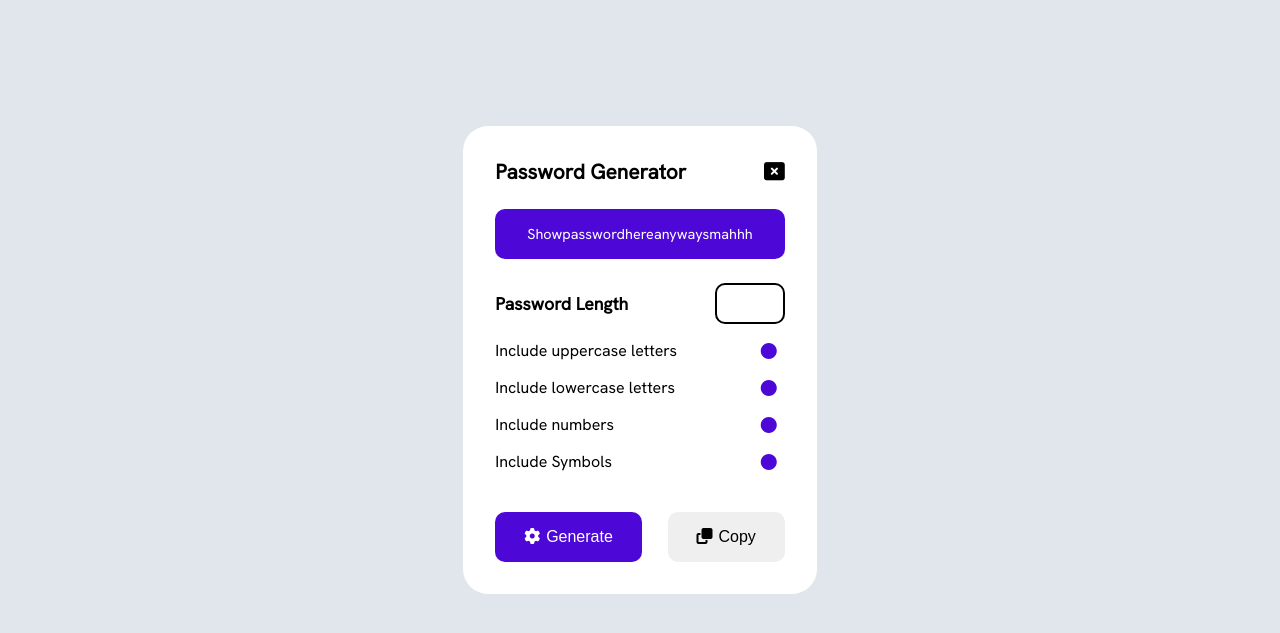
Repository: emiliaiwu/password_generator
Page: index.html
The author's editor kept a copy of each file at every save. The page is drawn from the files as they stood at one save, then again after the next save.
The browser window is 1280 px wide. The pictures show the whole page.
Some web libraries are served in a nearby version.

Above is the page before, as saved 2022-12-14 05:02:44.

### index.html
<!DOCTYPE html>
<html lang="en">
<head>
    <meta charset="UTF-8">
    <meta http-equiv="X-UA-Compatible" content="IE=edge">
    <meta name="viewport" content="width=device-width, initial-scale=1.0">
    <link rel="stylesheet" href="style.css">
    <script src="https://kit.fontawesome.com/fd9c36575f.js" crossorigin="anonymous"></script>
    <title>Password Generator</title>
</head>
<body>
    <div class="container">
        <div class="title">
            <h2>Password Generator</h2>
            <i class="fa-solid fa-rectangle-xmark"></i>
        </div>

        <div class="display_password">
            <p>Showpasswordhereanywaysmahhh</p>
        </div>

        <div class="password_attributes">
            <div class="password_length">
                <h3>Password Length</h3>
                <input type="text">
            </div>

            <div class="password_includes">
                <ul>
                    <li class="list">
                        <label for="uppercase" id="uppercase_letters">Include uppercase letters
                            <i class="fa-solid fa-circle"></i>
                            <i class="fa-solid fa-circle-check"></i>
                            <input type="checkbox" name="uppercase" id="uppercase" class="uppercase">
                        </label>
                    </li>
                    <li class="list">
                        <label for="lowercase" id="lowercase_letters">Include lowercase letters
                            <i class="fa-solid fa-circle"></i>
                            <i class="fa-solid fa-circle-check"></i>
                            <input type="checkbox" name="lowercase" id="lowercase" class="lowercase">
                        </label>
                    </li>
                    <li class="list">
                        <label for="numbers" id="include_numbers">Include numbers
                            <i class="fa-solid fa-circle"></i>
                            <i class="fa-solid fa-circle-check"></i>
                            <input type="checkbox" name="numbers" id="numbers" class="numbers">
                        </label>

                    </li>
                    <li class="list">
                        <label for="symbols" id="include_symbols">Include Symbols
                            <i class="fa-solid fa-circle"></i>
                            <i class="fa-solid fa-circle-check"></i>
                            <input type="checkbox" name="symbols" id="symbols" class="symbols">
                        </label>

                    </li>
                </ul>
            </div>
        </div>

        <div class="cta">
            <button class="btn generate"><i class="fa-solid fa-gear"></i>Generate</button>
            <button class="btn copy"><i class="fa-solid fa-clone"></i>Copy</button>
        </div>
    </div>
</body>
</html>

### style.css
@import url('https://fonts.googleapis.com/css2?family=Hanken+Grotesk:wght@300;400&display=swap');


* {
    margin: 0;
    padding: 0;
    box-sizing: border-box;
    list-style-type: none;
}


:root {
    --BG-COLOR: #fff;
    --BG-COLOR2:
}


body {
    width: 100vw;
    height: 100vh;
    font-family: 'Hanken Grotesk', sans-serif;
    display: flex;
    align-items: center;
    justify-content: center;
    color: #000;
    background-color: rgb(224, 230, 236);
}

.container {
    background-color: var(--BG-COLOR);
    display: flex;
    flex-direction: column;
    align-items: left;
    justify-content: space-between;
    gap: 1.5rem;
    padding: 2rem;
    border-radius: 25px;

}

h2 {
   font-size: 1.3rem;
   font-family: inherit;
}

h3 {
    font-size: 1.1rem;
    font-family: inherit;
}

.title,
label,
.password_length,
.cta {
    display: flex;
    align-items: center;
    justify-content: space-between;
}

.fa-rectangle-xmark {
    font-size: 1.3rem;
}

.display_password {
    padding: 1rem 2rem;
    border-radius: 10px;
    background: #4d08d8;
    color: #fff;
    overflow: hidden;
}

.display_password p {
    font-size: .9rem;
    word-wrap: break-word;
}

.password_length {
    margin-bottom: 1rem;
}

.password_length input[type="text"] {
    width: 70px;
    padding: .5rem 1rem;
    font-size: 1.1rem;
    border: 2px solid #000;
    border-radius: 10px;
    background-color: ##4d08d8;;
}

.password_length input[type="text"]:focus {
    outline: none;
}

.list {
    margin-top: 1rem;
}

.list input[type="checkbox"] {
    /* width: 20px; */
    padding: 1rem;

}

label {
     position: relative;
}

.list .fa-solid {
    position: absolute;
    top: 50%;
    right: 0;
    transform: translate(-50%, -50%);
}

.fa-circle {
    color: #4d08d8;
}

.fa-circle-check{
    opacity: 0;
}

.list input {
    opacity: 0;
}


.btn {
    margin-top: 1rem;
    padding: 1rem 1.8rem;
    font-size: 1rem;
    border: none;
    border-radius: 10px;

}

.generate {
    background-color:#4d08d8;
    color: #fff;
}

.btn .fa-solid {
    margin-right: 6px;
}

After the next save:
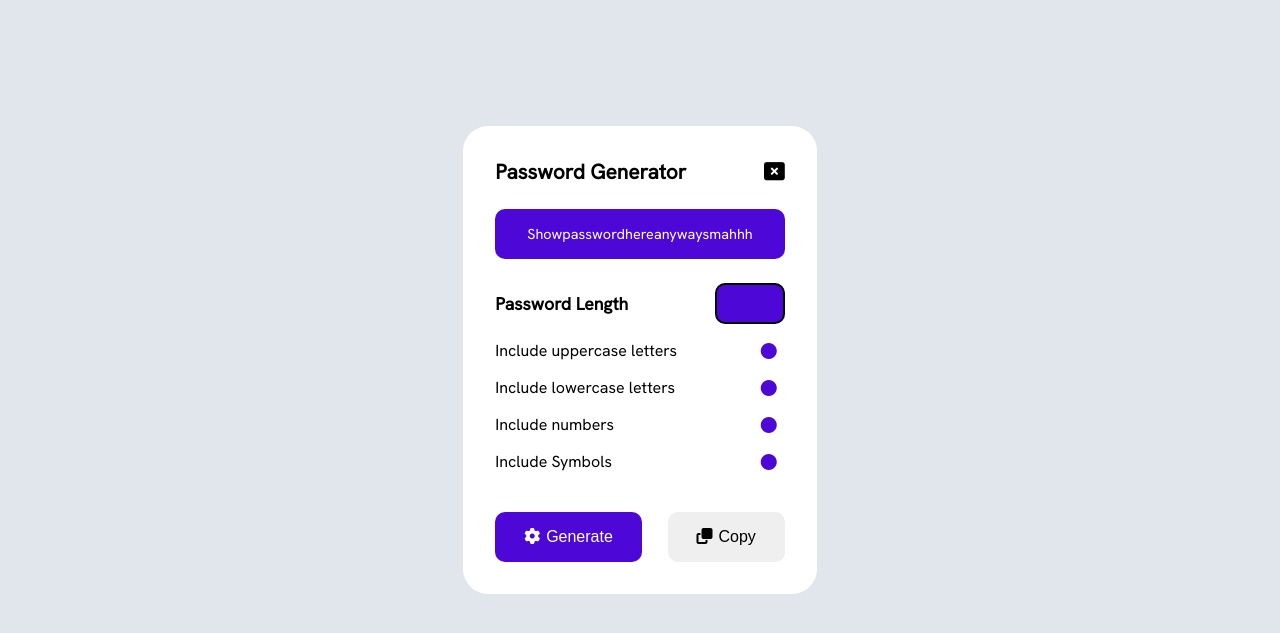
Saved 4 s later.
--- a/style.css
+++ b/style.css
@@ -84,7 +84,7 @@ label,
     font-size: 1.1rem;
     border: 2px solid #000;
     border-radius: 10px;
-    background-color: ##4d08d8;;
+    background-color: #4d08d8;;
 }
 
 .password_length input[type="text"]:focus {
